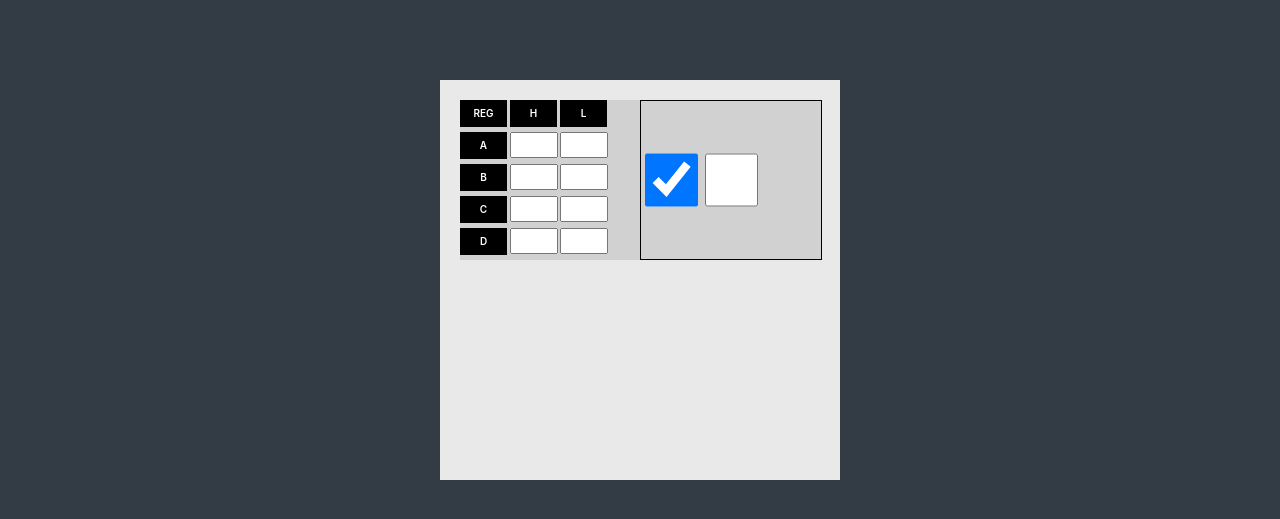
Repository: piookr-wsei/8086
Page: /
An editor plug-in stored every save of this project. The page is shown before and after a run of saves, followed by the edit.
The browser window is 1280 px wide. The pictures show the whole page.
The project was rebuilt for these pictures with package versions that can differ from the ones it lists, and the page was loaded fresh each time.

Above is the page before, as saved 2022-06-18 19:56:43.

After the next 3 saves:
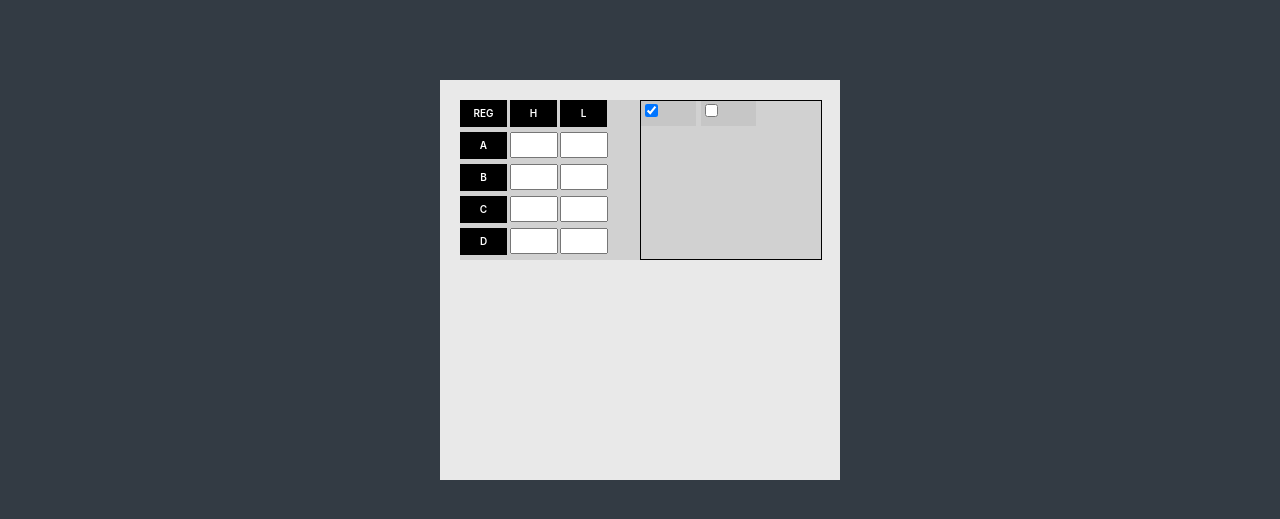
The 3 saves are shown as one change because 2 did not build or start.
The last was saved 2 min 16 s later.
--- a/src/App.js
+++ b/src/App.js
@@ -1,13 +1,17 @@
 
 import './App.css';
-import { RegDesc, RegInput, RegWrapper, UiWindow, UiWrapper, SettingsWrapper, Labels } from './Components/Components.elements';
+import { RegDesc, RegInput, RegWrapper, UiWindow, UiWrapper, SettingsWrapper, Labels,CheckWrapper } from './Components/Components.elements';
 
 function OpChange(){
   return(
     <>
     <Labels>
-    <input type="checkbox"  defaultChecked />
-    <input type="checkbox"/>
+      <CheckWrapper>
+        <input type="checkbox"  defaultChecked />
+      </CheckWrapper>
+      <CheckWrapper>
+        <input type="checkbox"/>
+      </CheckWrapper>
     </Labels>
     </>
     )
--- a/src/Components/Components.elements.js
+++ b/src/Components/Components.elements.js
@@ -69,3 +69,9 @@ export const Labels = styled.div`
 display: grid;
 grid-template-columns: 60px 60px 60px;
 `
+
+export const CheckWrapper = styled.div`
+background: rgba(0,0,0,0.05);
+width: 55px;
+height: 25px;
+`
